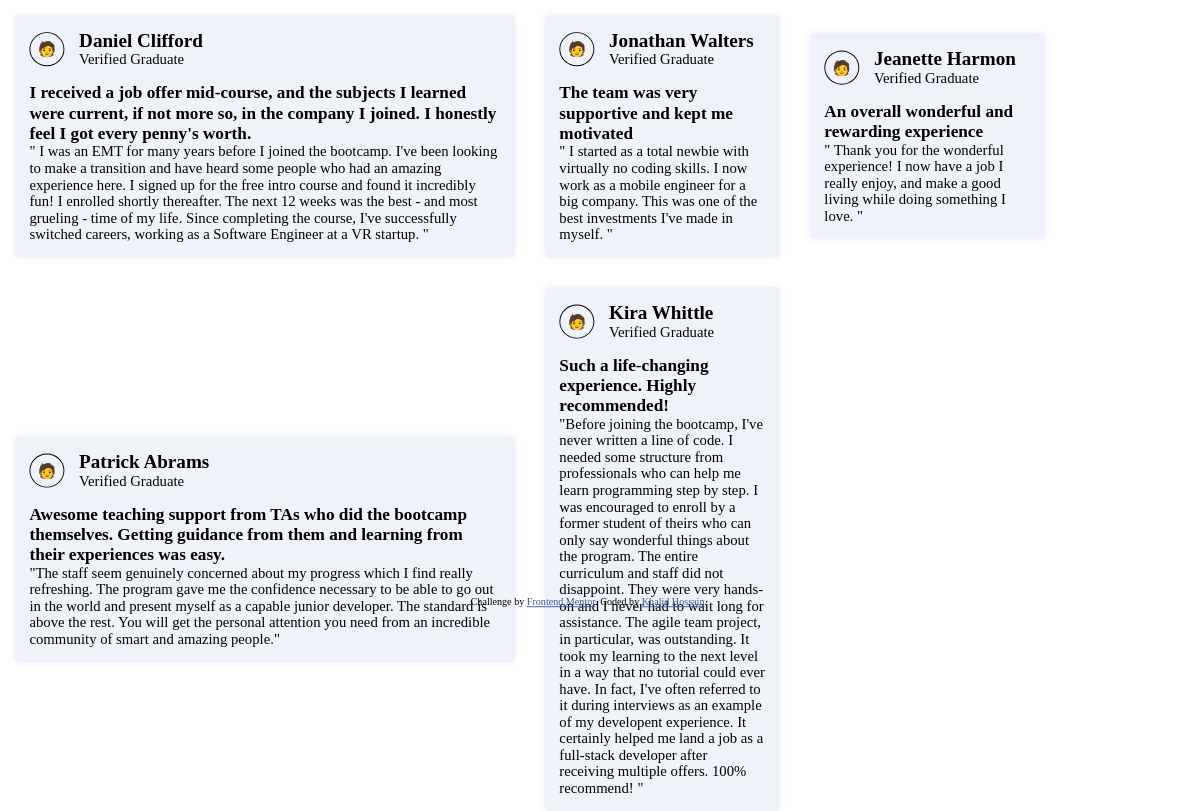
Repository: badhon252/Testimonials-Grid-Section
Page: index.html
An editor plug-in stored every save of this project. The page is shown before and after the next save, followed by the edit.
The browser window is 1280 px wide. The pictures show the whole page, at 92% of full size.

Above is the page before, as saved 2023-02-18 16:07:00.

### index.html
<!DOCTYPE html>
<html lang="en">

<head>
    <meta charset="UTF-8">
    <meta name="viewport" content="width=device-width, initial-scale=1.0">
    <!-- displays site properly based on user's device -->

    <link rel="icon" type="image/png" sizes="32x32" href="./images/favicon-32x32.png">
    <link rel="stylesheet" href="./css/style.css">
    <title>Frontend Mentor | [Challenge Name Here]</title>

</head>

<body>

    <div class="container">

        <div class="box box1">
            <div class="heading">
                <div class="img-fluid">🧑</div>
                <div>
                    <h1 class="name">Daniel Clifford</h1>
                    <p>Verified Graduate</p>
                </div>
            </div>

            <h3>I received a job offer mid-course, and the subjects I learned were current, if not more so, in the company I joined. I honestly feel I got every penny's worth.</h3>
            <p>" I was an EMT for many years before I joined the bootcamp. I've been looking to make a transition and have heard some people who had an amazing experience here. I signed up for the free intro course and found it incredibly fun! I enrolled
                shortly thereafter. The next 12 weeks was the best - and most grueling - time of my life. Since completing the course, I've successfully switched careers, working as a Software Engineer at a VR startup. "</p>
        </div>

        <div class="box box2">
            <div class="heading">
                <div class="img-fluid">🧑</div>
                <div>
                    <h1 class="name">Jonathan Walters</h1>
                    <p>Verified Graduate</p>
                </div>
            </div>

            <h3>The team was very supportive and kept me motivated</h3>
            <p>" I started as a total newbie with virtually no coding skills. I now work as a mobile engineer for a big company. This was one of the best investments I've made in myself. "</p>
        </div>

        <div class="box box3">
            <div class="heading">
                <div class="img-fluid">🧑</div>
                <div>
                    <h1 class="name">Jeanette Harmon</h1>
                    <p>Verified Graduate</p>
                </div>
            </div>

            <h3>An overall wonderful and rewarding experience</h3>
            <p>" Thank you for the wonderful experience! I now have a job I really enjoy, and make a good living while doing something I love. "</p>
        </div>

        <div class="box box4">
            <div class="heading">
                <div class="img-fluid">🧑</div>
                <div>
                    <h1 class="name">Patrick Abrams</h1>
                    <p>Verified Graduate</p>
                </div>
            </div>

            <h3>Awesome teaching support from TAs who did the bootcamp themselves. Getting guidance from them and learning from their experiences was easy.</h3>
            <p>"The staff seem genuinely concerned about my progress which I find really refreshing. The program gave me the confidence necessary to be able to go out in the world and present myself as a capable junior developer. The standard is above the
                rest. You will get the personal attention you need from an incredible community of smart and amazing people."
            </p>
        </div>

        <div class="box box5">
            <div class="heading">
                <div class="img-fluid">🧑</div>
                <div>
                    <h1 class="name">Kira Whittle</h1>
                    <p>Verified Graduate</p>
                </div>
            </div>

            <h3>Such a life-changing experience. Highly recommended!</h3>
            <p>"Before joining the bootcamp, I've never written a line of code. I needed some structure from professionals who can help me learn programming step by step. I was encouraged to enroll by a former student of theirs who can only say wonderful
                things about the program. The entire curriculum and staff did not disappoint. They were very hands-on and I never had to wait long for assistance. The agile team project, in particular, was outstanding. It took my learning to the next
                level in a way that no tutorial could ever have. In fact, I've often referred to it during interviews as an example of my developent experience. It certainly helped me land a job as a full-stack developer after receiving multiple offers.
                100% recommend! "</p>
        </div>


    </div>



    <div class="attribution">
        Challenge by <a href="https://www.badhon252.me" target="_blank">Frontend Mentor</a>. Coded by <a href="#">Khalid
      Hossain</a>.
    </div>
</body>

</html>

### css/style.css
* {
    margin: 0;
    padding: 0;
    box-sizing: border-box;
}

body {
    height: 100vh;
}

.name {
    font-size: 1.3em;
}

.container {
    max-height: 90%;
    max-width: 90%;
    display: grid;
    place-items: center;
    grid-template-columns: 2fr 1fr 1fr;
    grid-template-rows: 1fr 2fr 1fr;
    /* grid-template-areas: 'box1 box1 box2 box3' 'box4 box5 box5 box3'; */
}

.heading {
    display: flex;
    align-items: center;
    padding: 0 0 1rem 0;
}

.img-fluid {
    padding: .5em;
    border: 1px solid black;
    border-radius: 50%;
    margin-right: 1rem;
}

.box {
    border-radius: 5px;
    padding: 1rem;
    margin: 1rem;
    box-shadow: 0 0 10px 0 hsl(227, 47%, 96%);
}

.box1 {
    /* grid-area: box1; */
    background-color: hsl(227, 47%, 96%);
}

.box2 {
    /* grid-area: box1; */
    background-color: hsl(227, 47%, 96%);
}

.box3 {
    /* grid-area: box1; */
    background-color: hsl(227, 47%, 96%);
}

.box4 {
    /* grid-area: box1; */
    background-color: hsl(227, 47%, 96%);
}

.box5 {
    /* grid-area: box1; */
    background-color: hsl(227, 47%, 96%);
}

.attribution {
    font-size: 11px;
    text-align: center;
}

.attribution a {
    color: hsl(228, 45%, 44%);
}

After the next save:
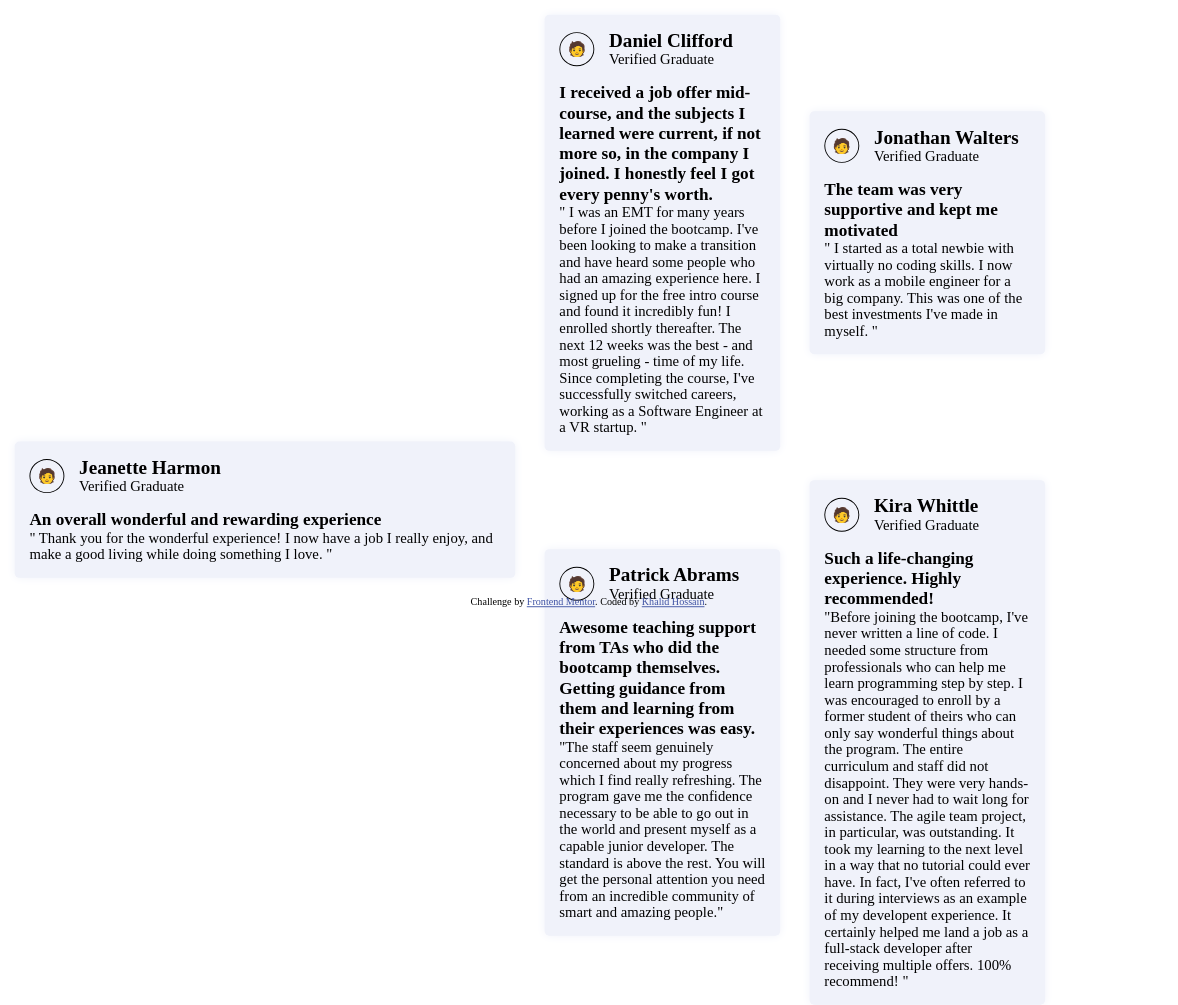
Saved 7 s later.
--- a/css/style.css
+++ b/css/style.css
@@ -55,6 +55,8 @@ body {
 .box3 {
     /* grid-area: box1; */
     background-color: hsl(227, 47%, 96%);
+    grid-row-start: 1;
+    grid-row-end: 3;
 }
 
 .box4 {
